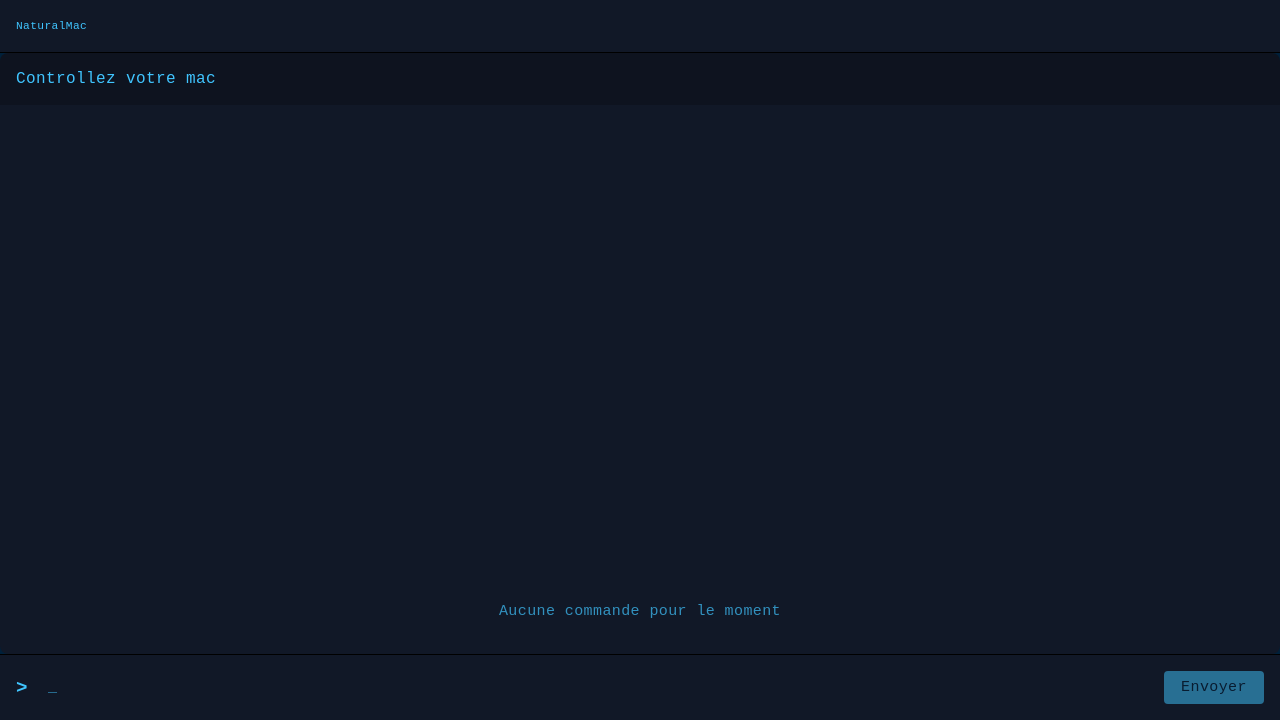
Repository: flobutbut/NaturalMac
Page: /
An editor plug-in stored every save of this project. The page is shown before and after the next save, followed by the edit.
The browser window is 1280 px wide. The pictures show the whole page.
The page's requests for data from a server got no answer. The project was rebuilt for these pictures with package versions that can differ from the ones it lists, and the page was loaded fresh each time. No one was signed in, and anything a server would have sent is missing. Also part of the build but not shown: vite.config.ts, src/components/command/CommandItem.vue.

Above is the page before, as saved 2025-03-10 22:28:37.

After the next save:
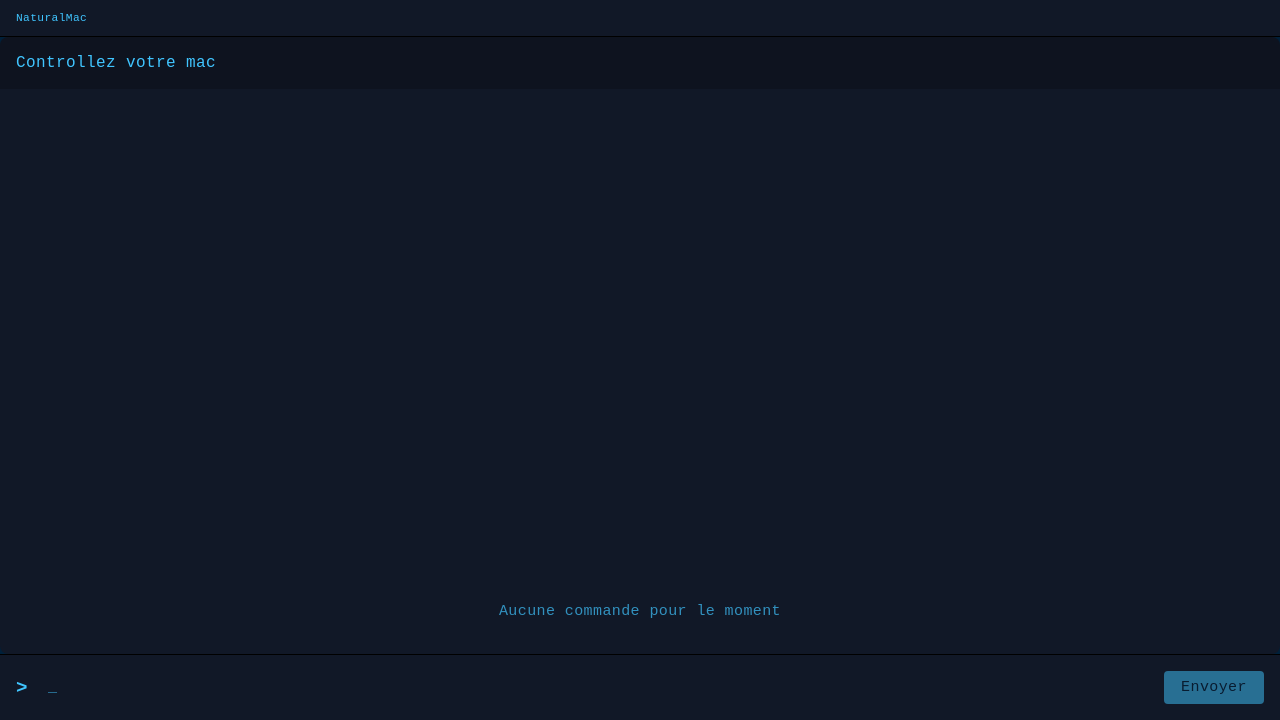
Saved 76 s later.
--- a/src/App.vue
+++ b/src/App.vue
@@ -28,7 +28,7 @@ import CommandHistory from '@/components/command/CommandHistory.vue'
 }
 
 .app-header {
-  padding: 1rem;
+  padding: 0.5rem 1rem;
   background-color: var(--surface-front);
   border-bottom: 1px solid var(--border-color);
 }
